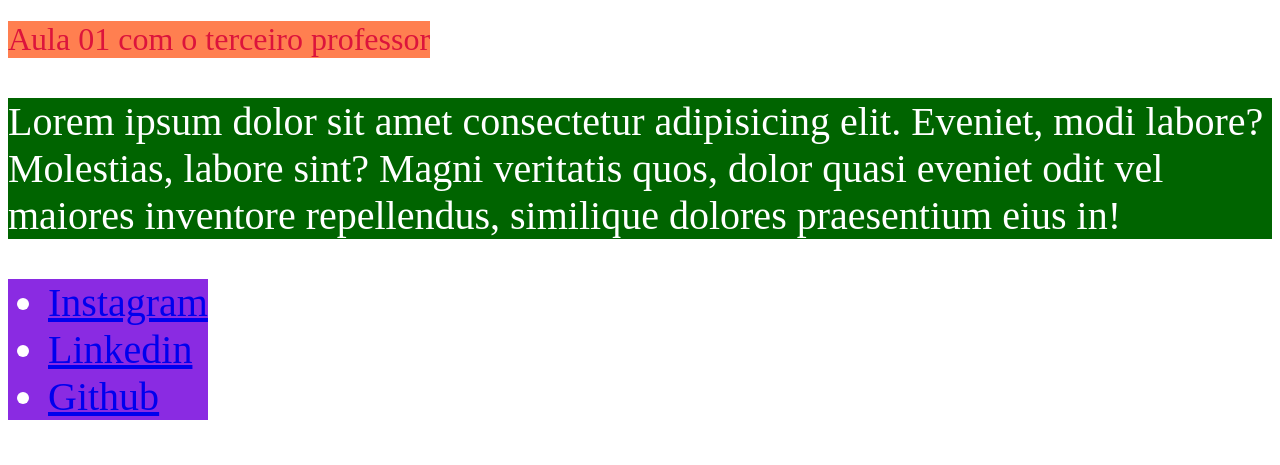
Repository: geracao-11/aula-01-pt2
Page: index.html
The author's editor kept a copy of each file at every save. The page is drawn from the files as they stood at one save, then again after a run of saves.
The browser window is 1280 px wide. The pictures show the whole page.

Above is the page before, as saved 2025-04-09 10:37:08.

After the next 2 saves:
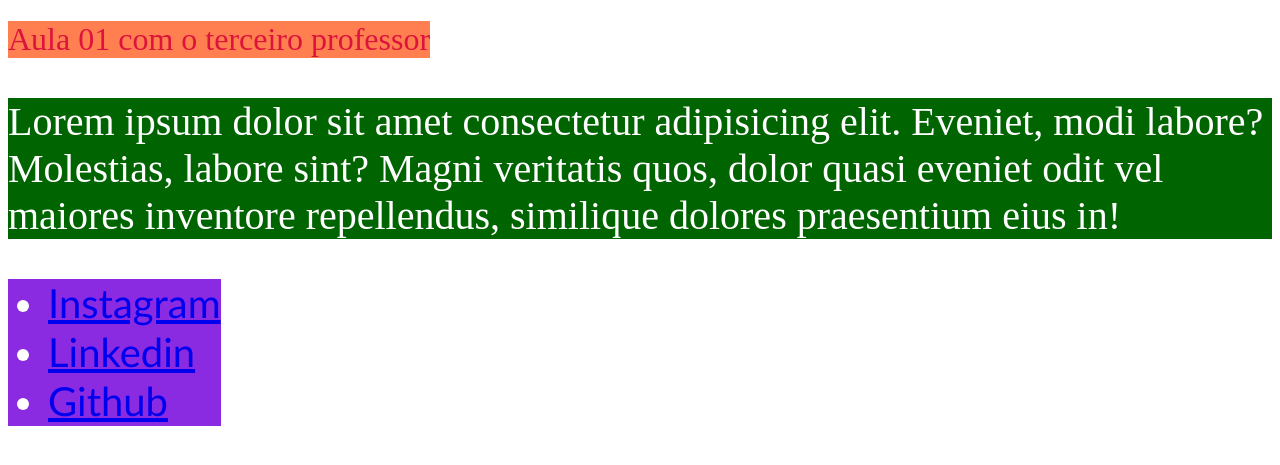
The 2 saves are shown as one change because they came seconds apart.
The last was saved 11 s later.
--- a/style.css
+++ b/style.css
@@ -20,5 +20,5 @@ ul {
     background-color: blueviolet;
 }
 a {
-    font-family:
+    font-family: 'Trebuchet MS', 'Lucida Sans Unicode', 'Lucida Grande', 'Lucida Sans', Arial, sans-serif;
 }
